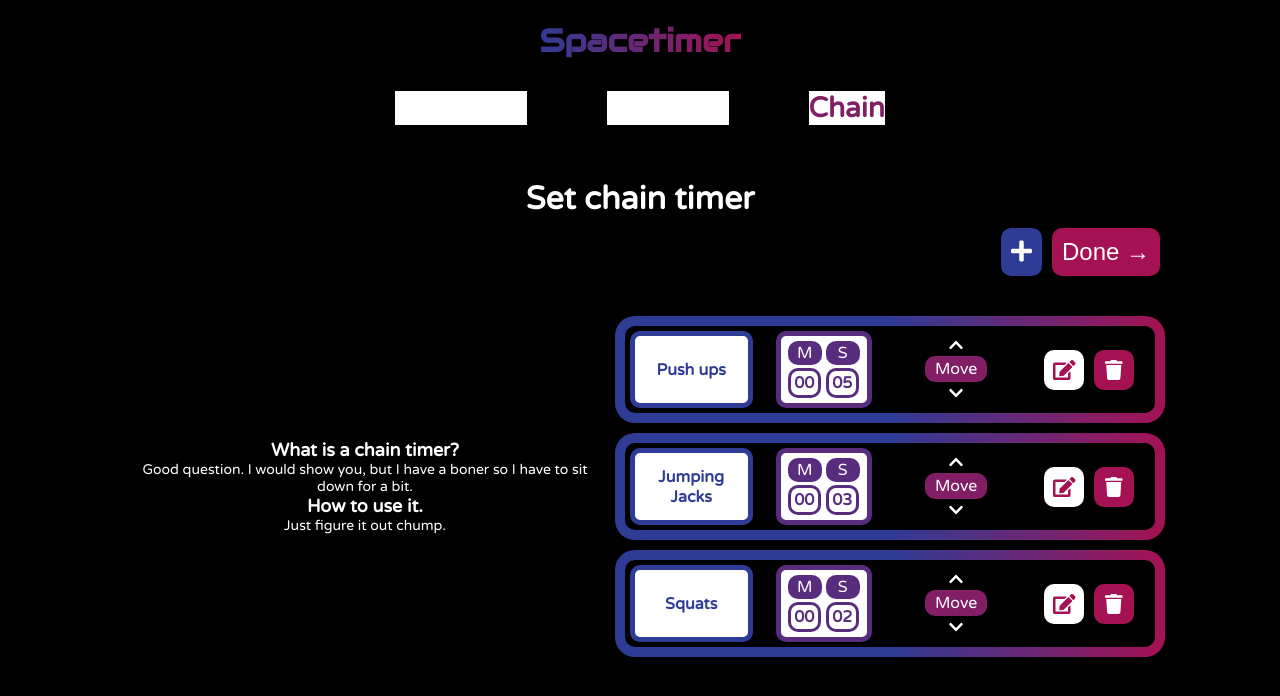
Repository: JohnKrige/space-timer2
Page: /timer-chain
These files come from the project's save history. The page is drawn as it stood at one moment and after the next save; the edit follows.
The browser window is 1280 px wide. The pictures show the whole page.
The project was rebuilt for these pictures with package versions that can differ from the ones it lists, and the page was loaded fresh each time. Also part of the build but not shown: src/components/Timer/styles.js, src/components/Timer/TimerDisplay.js, src/components/Stopwatch/Stopwatch.js, src/components/ChainTimer/ChainTimerItem.js, src/components/SetTimerModal/transition-styles.css, src/components/Timer/Repeater.js, src/components/CountdownTimer/countdownTimerStyles.js, src/components/CountdownTimer/CountdownTimer.js. Imported but missing from the stored project, and not drawn on this page: src/components/CountdownTimer/beep.flac, src/components/CountdownTimer/timersound1.wav.

Above is the page before, as saved 2021-11-21 11:38:13.

### public/index.html
<!DOCTYPE html>
<html lang="en">
  <head>
    <meta charset="utf-8" />
    <link rel="icon" href="%PUBLIC_URL%/favicon.ico" />
    <meta name="viewport" content="width=device-width, initial-scale=1" />
    <meta name="theme-color" content="#000000" />
    <meta
      name="description"
      content="Web site created using create-react-app"
    />

    <title>Space Timer 69</title>
  </head>
  <body>
    <div id="root"></div>
  </body>
</html>

### src/App.js
import {
  BrowserRouter as Router,
  Route,
  Redirect,
  Switch
} from 'react-router-dom';

import Stopwatch from './components/Stopwatch/Stopwatch';
import ChainTimer from './components/ChainTimer/ChainTimer';
import Navbar from './components/Nav/Navbar';
import CountdownTimer from './components/CountdownTimer/CountdownTimer';

import './App.css';

function App() {
  return (
    <div className="App">
      <Router>
        <header className="App-header">
          <h1 className="logo">Spacetimer</h1>
          <Navbar />
        </header>
          <Switch>
            <Route path="/countdown-timer">
              <CountdownTimer />
            </Route>
            <Route path="/stopwatch">
              <Stopwatch />
            </Route>
            <Route path="/timer-chain">
              <ChainTimer />
            </Route>
            <Redirect to="/countdown-timer" />
          </Switch>
      </Router>
    </div>
  );
};

export default App;

### src/components/Nav/Navbar.js

import { NavLink } from 'react-router-dom';
import { useLocation } from 'react-router';

import { NavItem, NavList } from './styles';

const routes = [
    {
        name: "Countdown",
        ext: "/countdown-timer",
    },
    {
        name: "Stopwatch",
        ext: "/stopwatch",
    },
    {
        name: "Chain",
        ext: "/timer-chain",
    },
 ];

const Navbar = () => {
    const location = useLocation();

    const path = location.pathname;

    const navItems = routes.map((item) => {
        const selected = item.ext === path;

        return (
            <NavItem selected={selected} key={item.name}>
                <NavLink to={`${item.ext}`}>
                    <div style={{display: 'inline-block'}}>{item.name}</div>
                </NavLink>
            </NavItem>
        );
    });

    return (
        <NavList style={{display: 'flex', justifyContent: 'center'}}>
            {navItems}
        </NavList>
    );
};

export default Navbar;

### src/App.css
@import url('https://fonts.googleapis.com/css2?family=Audiowide&display=swap');
@import url('https://fonts.googleapis.com/css2?family=Varela+Round&display=swap');

* {
  padding: 0;
  margin: 0;
  text-decoration: none;
  list-style: none;
}

html {
  background-color: black;
  font-size: 20px;
}

body {
  min-height: 100vh;
  font-family: 'Varela Round', sans-serif;
}

.App {
  text-align: center;
  background-color: black;
  padding: 0;
  margin: 0 auto;
  min-height: 100vh;
  display: flex;
  flex-direction: column;
}

.App-header {
  padding-top: 20px;
}

.logo {
  display: inline;
  padding: 0 5px;
  font-family: 'Audiowide', cursive;
  font-size: 32px;
  background: #2f3c96;
  background: -webkit-linear-gradient(to right, #2f3c96 0%, #a41253 100%);
  background: -moz-linear-gradient(to right, #2f3c96 0%, #a41253 100%);
  background: linear-gradient(to right, #2f3c96 0%, #a41253 100%);
  -webkit-background-clip: text;
  -webkit-text-fill-color: transparent;

  @media (min-width) {
    font-size: 64px;
  }
}

.PageTitle {
  text-align: center;
  font-size: 32px;

  @media (min-width) {
    color: #821e66;
  }

}

### src/pages/Timer/TimerPage.js
import styled from 'styled-components';

 const TimerPageStyle = styled.div`
    display: flex;
    flex-direction: column;
    align-items: ${props => props.align || "center"};
    justify-content: ${props => props.justify || "center"};
    flex-grow: 1;
    margin-top: 20px;

    @media (min-width: 1024px) {
        margin-top: 40px;
    }
`;

const TimerPage = ({align, justify, children}) => {
    return (
        <TimerPageStyle justify={justify} align={align}>
            {children}
        </TimerPageStyle>
    )
}

export default TimerPage;

### src/helpers/getHMS.js
export const getHMS = (totalTime) => {
    const h = Math.floor(totalTime / 3600000);
    const m = Math.floor((totalTime - 3600000 * h) / 60000);
    const s = Math.floor((totalTime - (3600000 * h) - 60000 * m) / 1000);

    return [h, m, s];
}

### src/components/Button/Button.js
import { ButtonContainer } from './styles';

const Button = (props) => {
    return (
        <ButtonContainer onClick={props.onClick} color={props.color} rounded={props.rounded}>
            {props.children}
        </ButtonContainer>
    )
};

export default Button;

### src/components/ChainTimer/chainTimerStyles.js
import styled from 'styled-components';

export const ChainItemContainer = styled.div`
    // border: ${props => props.isActive ? '10px solid white' : ' '};
    margin: 10px 0;
    border-radius: 20px;
    padding: 10px;
    background: rgb(47,60,150);
    background: linear-gradient(90deg, rgba(47, 60, 150, 1) 50%, rgba(164, 18, 83, 1) 100%);
    box-sizing: border-box;
    font-size: 16px;
    width: 350px;

    @media (min-width: 1024px) {
        width: 550px;
    }

    svg {
        cursor: pointer;
    }
`;

export const ChainItemBackground = styled.div`
    height: 100%;
    background-color: rgba(0, 0, 0, 1);
    display: grid;
    column-gap: 10px;
    grid-template-columns: repeat(4, 1fr);
    justify-items: center;
    align-items: center;
    border-radius: 10px;
    padding: 5px;
`;


export const TimeDisplayContainer = styled.div`
    display: flex;
    background-color: white;
    border: 5px solid #592d7e;
    padding: 5px;
    border-radius: 10px;
`;

export const TimeDisplay = styled.div`
    background-color: white;
    border-radius: 10px;
    border: 3px solid #592d7e;
    margin: 3px 3px 0 2px;
    color: #592d7e !important;
    padding: 2px;
    font-weight: bold;
    text-align: center;
`;

export const ButtonsBar = styled.div`
    margin: 10px 0;
    display: flex;
    justify-content: ${props => props.justify || 'center'};
    align-items: 'center';

    @media (min-width: 1024px) {
        margin-bottom: 30px;
    }
`;

export const TimeDisplayLabel = styled.div`
    background-color: #592d7e;
    border-radius: 10px;
    padding: 2px;
    width: 30px;
    margin: 0 2px 0 2px;
    display: inline-block;
`;

export const MoveLabel = styled.div`
    background-color: #821e66;
    padding: 3px 10px;
    border-radius: 10px;
    margin-bottom: 2px;
`;

export const NameLabel = styled.div`
    background-color: white;
    color: rgba(47,60,150,1);
    width: 100%;
    min-width: 80px;
    height: 100%;
    box-sizing: border-box;
    padding: 5px;
    border: 5px solid rgba(47,60,150,1);
    font-weight: bold;
    border-radius: 10px;
    display: flex;
    justify-content: center;
    align-items: center;

    @media (min-width: 1024px) {
        min-width: auto;
    }
`;

export const ChainItemButtons = styled.div`
    display: flex;
    flex-direction: column;

    @media (min-width: 1024px) {
        flex-direction: row;
    }
`;

export const ChainItemButton = styled.button`
    border: none;
    background-color: ${props => props.colorInvert ? 'white' : '#a41253'};
    width: 30px;
    height: 30px;
    font-size: 16px;
    color: ${props => props.colorInvert ? '#a41253' : 'white'};
    border-radius: 10px;
    cursor: pointer;display: flex;
    justify-content: center;
    align-items: center;
    margin: 3px 5px;

    @media (min-width: 1024px) {
        width: 40px;
        height: 40px;
        font-size: 20px;
    }
`;

export const ItemName = styled.div`
    display: flex;
    align-items: center;
    justify-content: center;
`;

export const TimeDisplayMain = styled.div`
    display: flex;
`;

export const TimeDisplaySection = styled.div`
    display: flex;
    flex-direction: column;
    margin: 30px 10px;
    border: 3px solid white;
    padding-bottom: 20px;
    border-radius: 10px;
    overflow: hidden;
`;

export const ItemNameTitle = styled.div`
    font-size: 72px;
`;

export const ItemNameNumber = styled.div`
    margin-right: 10px;
`;

export const ChainTimerMain = styled.div`
    display: flex;
    align-items: center;
    justify-content: center;
    flex-direction: column;
`;

export const MinutesAndSeconds = styled.div`
    font-size: 72px;
    margin-top: 20px;
`;

export const MinsAndSecsHeading = styled.div`
    padding: 10px 50px 10px 50px;
    background-color: ;
    background: rgb(47,60,150);
    background: linear-gradient(90deg, rgba(47, 60, 150, 1) 50%, rgba(164, 18, 83, 1) 100%);
`;

export const NextItem = styled.div`
    font-size: 30px;
`;

export const UpNext = styled.div`
    color: rgba(164, 18, 83, 1);
    border-radius: 10px;
    font-weight: bold;
`;

export const EditTimerContainer = styled.div`
    display: flex;
    flex-direction: column;
    align-items: center;

    @media (min-width: 1024px) {
        display: block;
    }
`;

export const EditItems = styled.div
`
    display: flex;
    flex-direction: column;
    align-items: center;

    @media (min-width: 1024px) {
        flex-direction: row;
    }
`;

export const WhatIsContainer = styled.div`
    max-width: 300px;
    padding: 5px;
    box-sizing: border-box;

    & h3{
        font-size: 18px;
    }

    & p {
        font-size: 14px;
    }

    @media (min-width: 1024px) {
        max-width: 500px;
        padding: 20px;
    }
`;

export const ChainTimerPage = styled.div`
    margin-bottom: 50px;
`;

### src/components/ChainTimer/EditTimerChain.js
import { useState } from 'react';

import ChainEditItem from "./ChainEditItem";
import TimerPage from '../../pages/Timer/TimerPage';
import { FontAwesomeIcon } from '@fortawesome/react-fontawesome';
import { faEdit, faPlay, faPause, faUndo, faVolumeUp, faVolumeMute, faPlus, faStepForward, faStepBackward } from '@fortawesome/free-solid-svg-icons';
import { ButtonsBar, EditTimerContainer, WhatIsContainer, EditItems } from "./chainTimerStyles";
import Button from '../Button/Button';
import SetTimerModal from "../SetTimerModal/SetTimerModal";


const EditTimerChain = (props) => {
    const [ newItem, setNewItem ] = useState(false);

    const AddNewItem = (totalTime, name) => {
        setNewItem(false);
        props.addTimer(totalTime, name);
    };

    const newItemProps = {
        totalTime: 500000,
        show: newItem,
        type: "chain item",
        lessThanHour: true,
        name: "Activity name",
        onSubmit: AddNewItem,
        onClose: () => setNewItem(false),
    };

    const timersDisplay = props.timers.map((item) => {
        const isActive = item.itemIndex === props.currentTimer;
        // const timeRemaining = isActive ? item.time - props.timeElapsed : item.isDone ? 0 : item.time;

        return (
            <ChainEditItem
                key={item.itemIndex}
                name={item.name}
                time={item.time}
                index={item.itemIndex}
                isActive={isActive}
                moveUp={props.moveItemUp}
                moveDown={props.moveItemDown}
                timeRemaining={item.time}
                remove={props.removeItem}
                editItem={props.editItem}
            />
        )
    });

    return (
        <>
            <SetTimerModal {...newItemProps} />
            <EditTimerContainer>
                <ButtonsBar justify="end" margin="20px 0">
                    <Button onClick={() => setNewItem(true)} color="blue"><FontAwesomeIcon icon={faPlus} /></Button>
                    <Button onClick={() => props.closeEdit(false)} color="red">Done →</Button>
                </ButtonsBar>
                <EditItems>
                    <WhatIsContainer>
                        <h3>What is a chain timer?</h3>
                        <p>Good question. I would show you, but I have a boner so I have to sit down for a bit.</p>
                        <h3>How to use it.</h3>
                        <p>Just figure it out chump.</p>
                    </WhatIsContainer>
                    <div>
                        {timersDisplay}
                    </div>
                </EditItems>
            </EditTimerContainer>
        </>
    )
};

export default EditTimerChain;

### src/helpers/timeDisplay.js
export const neatTimeDisplay = (time) => `${time}`.length < 2 ? `0${time}` : `${time}`;

### src/components/Nav/styles.js
import styled from 'styled-components';

export const NavItem = styled.li`
    cursor: pointer;
    font-size: 14px;
    flex: 1;
    display: flex;
    align-items: center;
    justify-content: center;
    background: white;


    @media (min-width: 1024px) {
        margin: 20px 40px 5px 40px;
        flex: 0;
    }

    & div {
        color: rgba(47,60,150,1);
        color: ${props => props.selected && "#821e66"} !important;
        font-size: ${props => props.selected && "16px"};
        font-weight: bold;
        text-center;

        @media (min-width: 1024px) {
            font-size: ${props => props.selected ? "28" : "24"}px;
            color: white;
            font-weight: ${props => props.selected ? "bold" : "400"} ;

        }
    }

    & div:hover {
        color: #821e66;
    }

    & a{
        font-weight: ${props => props.selected && "bold"};
        text-decoration-thickness: 4px;
    }
`;

export const NavList = styled.ul`
    display: flex;
    justify-content: space-between;
    width: 100%;
    position: fixed;
    bottom: 0;
    padding: 10px 0;
    border-radius: 20px 20px 0 0;
    border-bottom: none;
    box-sizing: border-box;
    // background: rgb(251,230,245);
    // background: linear-gradient(0deg, rgba(251,230,245,1) 59%, rgba(255,255,255,1) 100%);

    @media (min-width: 1024px) {
        position: static;
        background: transparent;
        justify-content: center;
    }
}`

### src/components/Button/styles.js
import styled from 'styled-components';

export const ButtonContainer = styled.button`
    background: ${props => props.color === "blue" ? "rgb(47,60,150)" : props.color === "purple" ? "#592d7e" : props.color === "pink" ? "#821e66" : "#a41253"};
    border: none;
    color: white;
    padding: 10px;
    font-size: 24px;
    border-radius: ${props => props.rounded ? "50%" : "10px"};
    margin: 0 5px;
    cursor: pointer;
`;

### src/components/ChainTimer/ChainEditItem.js
import { useState } from 'react';
import { FontAwesomeIcon } from '@fortawesome/react-fontawesome';
import { faChevronUp, faChevronDown, faTrash, faEdit, faPeopleArrows} from '@fortawesome/free-solid-svg-icons';
import SetTimerModal from '../SetTimerModal/SetTimerModal';

import { ChainItemContainer, TimeDisplay, TimeDisplayContainer, ChainItemBackground, TimeDisplayLabel, MoveLabel, ChainItemButton, NameLabel, ChainItemButtons } from "./chainTimerStyles";

import { getHMS } from '../../helpers/getHMS';
import { neatTimeDisplay } from '../../helpers/timeDisplay';

const ChainEditItem = (props) => {
    const [showEditItem, setShowEditItem] = useState(false);
    const [h, m, s] = getHMS(props.timeRemaining);

    const editItem = (timeMs, name) => {
        setShowEditItem(false);
        props.editItem(props.index, timeMs, name);
    };

    return (
        <ChainItemContainer isActive={props.isActive}>
            <SetTimerModal onSubmit={editItem} totalTime={props.time} show={showEditItem} onClose={() => setShowEditItem(false)} type="" lessThanHour name={props.name} />
            <ChainItemBackground>
                <NameLabel>
                    <div>{props.name}</div>
                </NameLabel>
                <TimeDisplayContainer>
                    <div >
                        <div>
                            <TimeDisplayLabel>M</TimeDisplayLabel>
                        </div>
                        <TimeDisplay>{neatTimeDisplay(m)}</TimeDisplay>
                    </div>
                    <div >
                        <TimeDisplayLabel>S</TimeDisplayLabel>
                        <TimeDisplay>{neatTimeDisplay(s)}</TimeDisplay>
                    </div>
                </TimeDisplayContainer>
                <div>
                    <FontAwesomeIcon icon={faChevronUp} onClick={() => props.moveUp(props.index)} />
                    <MoveLabel>Move</MoveLabel>
                    <FontAwesomeIcon icon={faChevronDown} onClick={() => props.moveDown(props.index)} />
                </div>
                <ChainItemButtons>
                    <ChainItemButton onClick={() => setShowEditItem(true)} colorInvert><FontAwesomeIcon icon={faEdit} /></ChainItemButton>
                    <ChainItemButton onClick={() => props.remove(props.index)}><FontAwesomeIcon icon={faTrash} /></ChainItemButton>
                </ChainItemButtons>
            </ChainItemBackground>
        </ChainItemContainer>
    )
};

export default ChainEditItem;

### src/components/SetTimerModal/modalStyles.js
import styled from "styled-components";

const topOffset = 120;

export const ModalContainer = styled.div`
    width: 100vw;
    height: calc(100% - ${topOffset});
    overflow: hidden;
    background-color: black;
    position: absolute;
    top: ${topOffset}px;
    left: 0;
    display: flex;
    justify-content: center;
`;

export const ModalBackground = styled.div`
    position: relative;
    margin: 70px;
    background: rgb(47,60,150);
    background: linear-gradient(125deg, rgba(47,60,150,1) 0%, rgba(164,18,83,1) 100%);
    border-radius: 15px;
    border: 4px solid white;
    display: flex;
    flex-direction: column;
    align-items: center;
    justify-content: center;
    padding: 20px;

    @media(min-width: 1024px){
        width: 500px;
        margin-top: 100px;
    }
`;

export const ModalContent = styled.div`
    display: flex;
    flex-direction: column;
    padding: 20px 0;
    border-radius: 15px;
    background: rgba(255, 255, 255);
    border: 4px solid black;
    width: 100%;
    min-height: 100%;
    box-sizing: border-box;

    & h2 {
        font-size: 44px;
        color: #592d7e;
        //   font-family: 'Audiowide', cursive;
    }
`;

export const TimeInput = styled.div`
    max-width: 80px;
    padding: 10px;
    background-color: ${props => props.color === "red" ? "#a41253" : props.color === "purple" ? "#592d7e" : "#2f3c96"};
    border-radius: 10px;
    margin: 0px 5px;

    @media (min-width: 1024px) {
        padding: 20px;
    }

    & label {
        text-align: start;
    }

    & input {
        margin-bottom: 3px;
        border: none;
        max-width: 50px;
        border-radius: 2px;
        padding: 2px 3px;
    }
`;

export const TimeInputs = styled.form`
    display: flex;
    margin: 20px 0;
    justify-content: center;
    font-size: 14px;

    @media(min-width: 1024px) {
        font-size:
    }
`;

export const CloseModal = styled.div`
    font-size: 25px;
    display: flex;
    justify-content: center;
    align-items: center;
    width: 40px;
    height: 40px;
    background-color: white;
    border-radius: 50%;
    position: absolute;
    color: black;
    cursor: pointer;
    top: -40px;
    right : -35px;

    @media(min-width: 1024px) {
        top: -50px;
        right : -45px;
    }
`;

export const NameInput = styled.div`
    display: flex;
    align-items: center;
    flex-direction: column;
    margin: 5px;
    padding: 10px;
    background: #2f3c96;
    border-radius: 10px;

    @media(min-width: 1024px) {
        padding: 20px 40px;
        margin-top: 30px;
    }

    & label {
        margin-top: 3px;
        font-size: 20px;
    }

    & input {
        padding: 5px;
        border: none;
        border-radius: 5px;
    }
`;

export const ModalTitle = styled.div`
    font-size: 24px;
    color: #592d7e;

    @media(min-width: 1024px) {
        font-size: 32px;
        font-weight: bold;
    }
`;

Loaded but not shown: src/index.js (common file); src/index.css (common file); src/components/ChainTimer/ChainTimer.js (292 lines, source omitted); src/components/SetTimerModal/SetTimerModal.js (140 lines, source omitted)

After the next save:
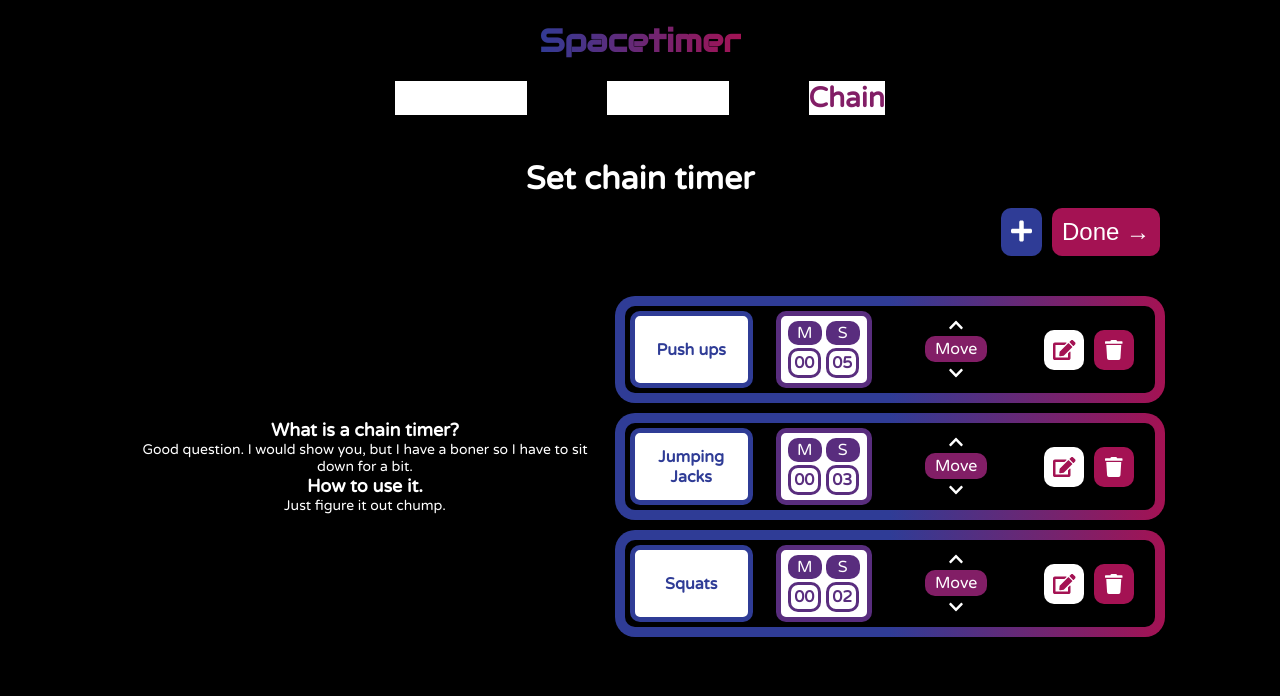
Saved 8 s later.
--- a/src/components/Nav/styles.js
+++ b/src/components/Nav/styles.js
@@ -46,7 +46,7 @@ export const NavList = styled.ul`
     width: 100%;
     position: fixed;
     bottom: 0;
-    padding: 10px 0;
+    // padding: 10px 0;
     border-radius: 20px 20px 0 0;
     border-bottom: none;
     box-sizing: border-box;
